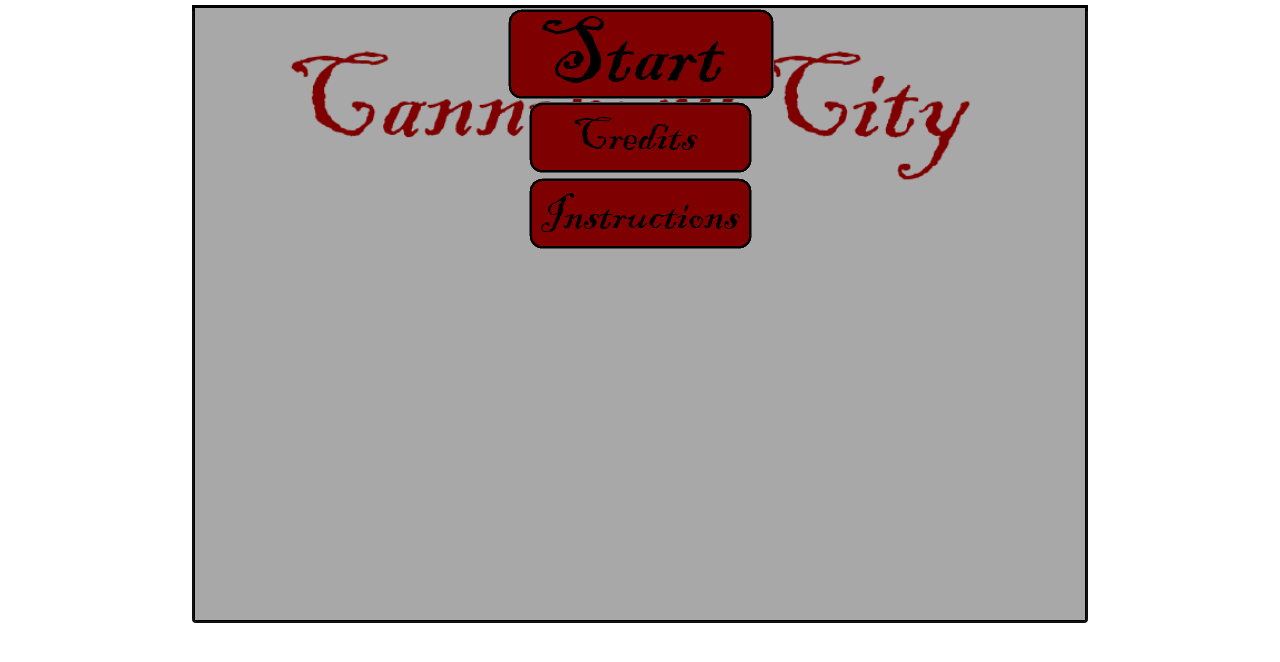
Repository: alprusa/Cannibowl-City
Page: Cannibowl-City/CannibowlCity.html
These files come from the project's save history. The page is drawn as it stood at one moment and after the next save; the edit follows.
The browser window is 1280 px wide. The pictures show the whole page.

Above is the page before, as saved 2016-06-19 03:06:50.
Console error: ReferenceError: playerIndicator is not defined

### Cannibowl-City/CannibowlCity.html
<!DOCTYPE html>
<html>
	<head>
		<meta charset="utf-8">
		<title>CannibowlCity</title>
		<link rel="stylesheet" type="text/css" href="CannibowlCity.css">
		<link rel="stylesheet" href="bootstrap/css/bootstrap.min.css">
	</head>
	<body onload="LoadContent(0)">
        <div id="container">
        	<div id="startMenu" class="img-overlay">
				<img id="menuBackdrops" src="img/StartScreen.png" class="img-responsive" style="width:100%; position: absolute;">

				<!--Start menu buttons-->
				<div id="menuButtons">
					<img src="img/StartButton.png" class="img-responsive buttonsHv img-overlay" onclick="startGame();">
					<img src="img/CreditsButton.png" class="img-responsive buttonsHv img-overlay" onclick="creditsScreen();">
					<img src="img/InstructionButton.png" class="img-responsive buttonsHv img-overlay" onclick="instructionScreen();">
				</div>

				<!--Return to menu button-->
				<img id="backButton" src="img/BackButton.png" class="img-responsive buttonsHv img-overlay hidden" style="position: absolute;" onclick="returnToMenu();">
			</div>

            <canvas id="canvas" width="800" height="550"></canvas>

            <!--for JQuery and Brine-->
            <script type="text/javascript" src="jquery-2.0.2.js"></script>
            <script type="text/javascript" src="brine.js"></script>

            <!--Avatar file-->
            <script type="text/javascript" src="Avatar.js"></script>
            <script type="text/javascript" src="wKeyAction.js"></script>
            <script type="text/javascript" src="BoxInteraction.js"></script>
            <script type="text/javascript" src="Hiding.js"></script>
            <script type="text/javascript" src="Notes.js"></script>

            <!--Game object files-->
            <script type="text/javascript" src="GameObjects.js"></script>
            <script type="text/javascript" src="Cannibals.js"></script>
            <script type="text/javascript" src="HealthHunger.js"></script>
            <script type="text/javascript" src="SoundEffects.js"></script>
            <script type="text/javascript" src="Boss.js"></script>
            <script type="text/javascript" src="Collision.js"></script>
            <script type="text/javascript" src="Text.js"></script>

            <!--Background and Screens-->
            <script type="text/javascript" src="Background.js"></script>
            <script type="text/javascript" src="GettingStarted.js"></script>
            <script type="text/javascript" src="NextLevel.js"></script>
            <script type="text/javascript" src="Camera.js"></script>
            <script type="text/javascript" src="CannibowlCity.js"></script>
        </div>
	</body>
</html>

<!--All is left to do now is make the code clean and pretty-->

### Cannibowl-City/CannibowlCity.css
#container{
    width:70%;
	margin: 0 auto;
	background-color:#FFFFFF;
	height:70%;
	position: relative;
}

#canvas{
	position: absolute;
    margin: 0 auto;
    width: 100%;
    top: 5px;
    bottom: 200px;
    border: solid black;
}

#startMenu{
	position: absolute;
	margin: 0 auto;
    width: 100%;
    height: 100%;
    z-index: 10000;
    top: 5px;
    bottom: 200px;
    border: solid black;
}

.buttonsHv{
	display: block;
    margin-left: auto;
    margin-right: auto;
}

.buttonsHv:hover{
	cursor: hand;
	border: solid black;
}

#menuButtons{
	position: absolute;
    margin: 0 auto;
    top: 50%;
    left:35%;
}

### Cannibowl-City/wKeyAction.js
//This file is for the ladder climbing of the avatar

//variables for determining if climbing ladder
var climbLadder = false, climbing = true, time = 0, center = false, lowerPlatformYPos = 600;

//Climbing or walking
function wKey(){
    var ladderColValue = avatarCollision("ladder");
    var platformColValue = avatarCollision("platform");

    if(typeof ladderColValue === "object"){
        //determine if player can climb
        if((gInput.up || gInput.down) && avatar.x >= (ladderColValue.x - 65) && avatar.x <= (ladderColValue.x + 3) && ladderColValue.collided){
            climbLadder = true;
            walk = false;
        }

        //climbing ladders
        if(gInput.up && climbLadder === true && move === true && (avatar.y >= (ladderColValue.y - 65) || avatar.y >= platformColValue.y - 65)){
            avatar.animation = "climb";
            soundEfx["AvatarWalk"].pause();
            center = true;
            walk = false;
            avatar.y -= 7;
            avatar.frameRate = -avatar.moveRate;
        }
        else if(gInput.down && climbLadder === true && ladderColValue.collided && avatar.y < 300 && avatar.y < lowerPlatformYPos && move === true){
            avatar.animation = "climb";
            soundEfx["AvatarWalk"].pause();
            center = true;
            walk = false;
            avatar.y += 7;
            avatar.frameRate = -avatar.moveRate;
            if(level1 === true && area2 === true && ladderColValue.y < platformColValue.y) {
                lowerPlatformYPos = platformColValue.y - 70;
            }
        }
        //to walk again once you've stopped climbing down
        else if((avatar.y >= 300 && climbLadder === true) || (level1 === true && area2 === true && avatar.y > lowerPlatformYPos)){
            climbLadder = false;
            walk = true;
        }
        else if(climbLadder === true)
            avatar.animation = "idleClimb";

        //to be able to walk while on a platform
        if(avatar.y <= (ladderColValue.y - 65) && avatar.y <= platformColValue.y - 65){
            climbLadder = false;
            walk = true;
            lowerPlatformYPos = 600
        }

        //make avatar center when climbing ladder
        if(center === true){
            if(ladderColValue.collided)
                avatar.x = ladderColValue.x - 20;
            else avatar.x = ladderColValue.x - 20;
            center = false;
        }

        //determine if player can walk again
        if(avatar.y >= 300){
            climbLadder = false;
            walk = true;
            lowerPlatformYPos = 600
        }

        ladderColValue.collided = false;
        if(typeof platformColValue === "object") platformColValue.collided = false;
    }
}

function wKeyQuite(){
    limbLadder = false; climbing = true; time = 0; center = false; lowerPlatformYPos = 600;
}

### Cannibowl-City/BoxInteraction.js
//This file is for results of the avatar's interactions with the box

var cannibalDeath = false, cannibalLocation = 0, areaBox = 0;

//move box
function Pushing(){
    var bcColValArray = objectCollision("box", "cannibal"); //0 = box object, 1 = cannibal object, 2 = bool for if collided
    var bpColValArray = objectCollision("box", "platform"); //0 = box object, 1 = platform object, 2 = bool for if collided
    var boxColVal = avatarCollision("box");

	//when player nears box move it
    if(typeof boxColVal === "object" && gInput.right && boxColVal.collided && boxColVal.created && hiding === false && !wallObjCollision("box", endWall)){
        soundEfx["BoxPush"].play();
        boxColVal.x += 9;
    }
    else soundEfx["BoxPush"].pause();

    //if close to edge do force push box off
    if(typeof bpColValArray[0] === "object" && typeof bpColValArray[1] === "object" && bpColValArray[0].x >= (bpColValArray[1].x + bpColValArray[1].width) - 30){
        boxColVal.x += 30;
        areaBox = boxColVal;
    }

    //make box fall when it falls off platform
    if(typeof bpColValArray[0] !== "object" && typeof bpColValArray[1] !== "object" && areaBox.y <= 300 && boxDisp === true){
        areaBox.y += 10;
        if(hiding === true && boxEnter === true){
            count = 0;
            exitObj === false;
        }
    }

    //remove box and if hit cannibal then
    if(bcColValArray[2] && typeof bcColValArray[0] === "object" && bcColValArray[0].created === true && boxDisp === true){
        areaBox.remove(this);
        areaBox.y = -10;

        cannibalLocation = bcColValArray[1].x;
        meatCreated++;

        var meatFoodVal = bcColValArray[1].indexInArray;
        if(gameObjects["meatFood"][meatFoodVal] !== undefined) {
            gameObjects["meatFood"][meatFoodVal].x = cannibalLocation;
            gameObjects["meatFood"][meatFoodVal].y = bcColValArray[1].y + 60;
            gameObjects["meatFood"][meatFoodVal].created = true;
            world.addChild(gameObjects["meatFood"][meatFoodVal]);
        }

        cannibalCollidedPlatform = false;
        soundEfx["CannibalScream"].play();
        bcColValArray[1].remove(this);
        cannibalDeath = true;
        meatPresent = true;
        boxEnter = false;
        gone = true;
        areaBox.created = false;
        bcColValArray[1].created = false;
        alive = false;
    }

    //remove box when it hits the ground
    if(areaBox.y >= 300 && pushable === true && boxDisp === true && areaBox.created === true){
        areaBox.remove(this);
        areaBox.created = false;
        pushable = false;
        alive = false;
    }

    //make it so player makes it to bottom or dies in box
    if(hiding === true && boxEnter === true && areaBox.x >= 300 && areaBox.created === false &&
       !bcColValArray[2] && boxDisp === true){
        avatar.y = 300;
        escapeBox = true;
    }
    else if(typeof bcColValArray[1] === "object" && hiding === true && bcColValArray[2] && boxDisp === true &&
        areaBox.created === false && bcColValArray[1].created === false && avatar.y < 300){
        avatar.y = 300;
        escapeBox = true;
        finished = false;
        canniCollision = true;
        healthHunger["Health"].add.width = 0;
    }
}

function boxQuit(){
    cannibalDeath = false; cannibalLocation = 0; areaBox = 0;
}

### Cannibowl-City/Hiding.js
//This file is for the feature of hiding in objects for the player

//Set up hiding in containers
var hiding = false, count = 0, boxEnter = false, trashEnter = false, exitObj = false, keepCount = false, escapeBox = false;

//Pressing e
function Hide(){
    //when player releasees E key
    if(gInput.bools["enterExit"] === false){
        if(hiding === true || keepCount === true){
            count++;
        }
        if(count >= 2){
            exitObj = true;
        }
        if(count >= 4 && keepCount === true){
            exitObj = false;
            keepCount = false;
            escapeBox = false;
            count = 0;
        }
    }

    if(gameObjects["box"] !== undefined) boxHide();
    if(gameObjects["trashcan"] !== undefined) trashcanHide();
}

function boxHide(){
    var boxColVal = avatarCollision("box");
    var pcColValArray = objectCollision("platform", "cannibal");

     //to activate hiding for player
    if(typeof boxColVal === "object" && gInput.enterExit && boxColVal.collided && boxColVal.created && exitObj === false){
        soundEfx["EnterContainer"].play();
        boxColVal.image = Textures.load("img/boxeyes.png");
        avatar.image = Textures.load("");
        move = false;
        hiding = true;
    }

    //to exit the objects
    if(typeof boxColVal === "object" && exitObj === true && gInput.enterExit && hiding === true && boxColVal.created && boxColVal.collided){
        if(escapeBox === false)
            boxColVal.image = Textures.load(boxColVal.url);
        avatar.image = Textures.load(avatar.url);
        soundEfx["EnterContainer"].play();
        move = true;
        boxEnter = false;
        keepCount = true;
        hiding = false;
    }

    if(typeof boxColVal === "object") boxColVal.collided = false;
}

function trashcanHide(){
    var trashCanColVal = avatarCollision("trashcan");

    //to activate hiding for player
    if(typeof trashCanColVal === "object" && gInput.enterExit && trashCanColVal.collided && exitObj === false){
        soundEfx["EnterContainer"].play();
        trashCanColVal.image = Textures.load("img/trashcaneyes.png");
        avatar.image = Textures.load("");
        move = false;
        hiding = true;
    }

    //else soundEfx["EnterContainer"].pause();
    //to exit the objects
    else if(typeof trashCanColVal === "object" && exitObj === true && gInput.enterExit && hiding === true && trashCanColVal.collided){
        trashCanColVal.image = Textures.load(trashCanColVal.url);
        avatar.image = Textures.load(avatar.url);
        soundEfx["EnterContainer"].play();
        move = true;
        trashEnter = false;
        keepCount = true;
        hiding = false;
    }
    //else soundEfx["EnterContainer"].pause();

    if(typeof trashCanColVal === "object" ) trashCanColVal.collided = false;
}

function hidingQuit(){
    hiding = false; count = 0; boxEnter = false; trashEnter = false; exitObj = false; keepCount = false; escapeBox = false;
}

### Cannibowl-City/Notes.js
var noteCounter = 0, preTime = 0;

var everyNote = {"note0":0, "note1":0, "note2":0, "note3":0, "note4":0, "note5":0, "note6":0};

function noteObj(imageURL, id){
    var tempSprite = new Sprite();

    tempSprite.width = 600;
    tempSprite.height = 400;
    tempSprite.x = 100;
    tempSprite.y = 50;
    tempSprite.image = Textures.load(imageURL);
    tempSprite.url = imageURL;
    tempSprite.id = id;
    tempSprite.index = 0;

    return tempSprite;
}

//create actual sprites for screens
function createNotes(){
    var noteAdded = 0;
    for(var obj in everyNote){
        everyNote[obj] = noteObj("img/" + obj + ".png", noteAdded);
        noteAdded++;
    }
}

//picking up notes
function NotePickUp(action, curTime){
    var noteObj = avatarCollision("journal");
    var noteNum = "note" + noteCounter;
    var pastNoteNum = "note" + (noteCounter - 1);

    if(typeof noteObj === "object"){
        if(noteObj.created && gInput.pickUp && noteObj.collided){
            soundEfx["NotePickUp"].play();
            preTime = curTime + 1000;
            start = false;
            noteCounter++;
            noteObj.created = false;
            notePickUp = false;
            world.addChild(everyNote[noteNum]);
            noteObj.remove(this);
        }
        //else soundEfx["NotePickUp"].pause();

        //close or put down the note
        if(noteObj.created === false && gInput.pickUp && typeof everyNote[pastNoteNum] === "object" && preTime < curTime){
            everyNote[pastNoteNum].remove(this)
            world.removeChild(everyNote[pastNoteNum]);
            start = true;
            notePickUp = false;
            pickUpToggle = 0;
        }

        if(noteCounter > everyNote.length && noteObj.created === false && gInput.pickUp){
                for(var obj in everyNote){
                    world.removeChild(everyNote[obj]);
                }
                start = true;
                notePickUp = false;
                noteCounter = 0;
        }
    }
}

function notesQuit(){
    noteCounter = 0; preTime = 0;
    everyNote = {"note0":0, "note1":0, "note2":0, "note3":0, "note4":0, "note5":0, "note6":0};
}

### Cannibowl-City/SoundEffects.js
//This file is for the creation of the sounds for the elements

//array for the sound elements
var soundEfx = {"AvatarWalk": 0, "BoxPush": 0, "CannibalAttack": 0, "CannibalWalk": 0, "Eating": 0, "EnterContainer": 0, "NotePickUp": 0, "AvatarScream": 0, "CannibalScream": 0, "BossLaugh": 0};

function gameSounds(audio, name, volume){
    var tempAudio = new SoundManager();

    tempAudio.muted = false;
    tempAudio = Sounds.load(audio);
    tempAudio.audioFile = audio;
    tempAudio.name = name;
    tempAudio.volume = volume;
    tempAudio.pause();
    tempAudio.loop = false;
    tempAudio.index = 0;

    return tempAudio;
}

//audio for in game actions
function SoundEffects(){
    for(var sound in soundEfx){
        soundEfx[sound] = gameSounds("audio/" + sound + ".mp3", sound, 0.7);

        if(sound === "AvatarWalk") soundEfx[sound].volume = 0.4;
        if(sound === "CannibalWalk") soundEfx[sound].volume = 0.1;
    }
}

function soundRefresh(){
    soundEfx = {"AvatarWalk": 0, "BoxPush": 0, "CannibalAttack": 0, "CannibalWalk": 0, "Eating": 0, "EnterContainer": 0, "NotePickUp": 0, "AvatarScream": 0, "CannibalScream": 0, "BossLaugh": 0};
}

### Cannibowl-City/Boss.js
var canniLeader;
var theEnd = true, theEnd2 = true;

//set up the boss
function Boss(){
	canniLeader = new Sprite();
    canniLeader.width = 115;
    canniLeader.height = 127;
    canniLeader.x = 504;
    canniLeader.y = 300;
    canniLeader.id = "boss";
    canniLeader.index = 1;
    world.addChild(canniLeader);
    canniLeader.image = Textures.load("img/bossset.png");
    canniLeader.frameWidth = 115;
	canniLeader.frameHeight = 126;
	canniLeader.frameCount = 6;
	canniLeader.frameRate = 6;
	canniLeader.moveRate = 6;
	canniLeader.addAnimations(["left","right"], [3,3]);
	canniLeader.addAnimation("idleL", (2,1));
	canniLeader.addAnimation("idleR", (3,1));
 }

//make what the boss can do
function BossActions(){
	//move
	if(!collisionWall(canniLeader, backWall) && theEnd === true){
		soundEfx["CannibalWalk"].play();
		canniLeader.animation = "left";
		canniLeader.frameRate = canniLeader.moveRate;
		canniLeader.x -= 5;
	}
	else if(!collisionWall(canniLeader, endWall) && theEnd === false){
		canniLeader.x += 5;
		soundEfx["CannibalWalk"].play();
		canniLeader.animation = "right";
		canniLeader.frameRate = -canniLeader.moveRate;
	}
	else soundEfx["CannibalWalk"].pause();
	//boss defeated
	if(collisionBoss() && hiding !== true){
		healthHunger["Health"].width = 0;
	}
	//hit the wall
	if(collisionWall(canniLeader, backWall)){
			theEnd = false;
	}
	else if(collisionWall(canniLeader, endWall)){
			theEnd = true;
	}
}

function bossQuit(){
    canniLeader = 0;
    theEnd = true; theEnd2 = true;
}

### Cannibowl-City/Background.js
//This file is for creating the primary audio and background
var mainSong, menuSong, deathSong, bossSong;

//set up background image
function Background(){
	background = new Sprite();
	if(level0 === true || bossFight === true)
    	background.width = 1600;
    else if(level1 === true) background.width = 3200;
    else if(level2 === true) background.width = 4000;
    background.height = 550;
    background.x = 0;
    background.y = 0;
    background.id = "background";
    background.index = 2;
    world.addChild(background);
    background.image = Textures.load("img/background.png");
}

//"prototype" for making the hidden walls that are used to detect if objects reach end of screen
function hiddenWalls(x, y, id){
    var tempSprite = new Sprite();
    var imageURL = "img/AreaWall.png";

    tempSprite.x = x;
    tempSprite.y = y;
    tempSprite.width = 20;
    tempSprite.height = 550;
    tempSprite.id = id;
    tempSprite.index = 0;
    tempSprite.image = Textures.load(imageURL);
    tempSprite.url = imageURL;

    return tempSprite;
}

//wall to detect when player reaches end of visual area
function createWalls(){
    endWall = hiddenWalls(800, 0, "endWall");
    backWall = hiddenWalls(-20, 0, "backWall");

    world.addChild(endWall);
    world.addChild(backWall);
}

//"prototype" for creating the music elements for the game
function songObject(audio, volume, id){
    var tempMusic = new SoundManager();

    tempMusic.muted = false;
    tempMusic = Sounds.load(audio);
    tempMusic.audio = audio;
    tempMusic.volume = volume;
    tempMusic.id = id;
    tempMusic.play();
    tempMusic.loop = true;

    return tempMusic;
}

//create the song and play it
function createSong(songName){
    switch(songName){
        case "mainSong":
            mainSong = songObject("audio/HorrorMusic_Main.mp3", 0.5, songName);
            break;
        case "menuSong":
            menuSong = songObject("audio/TemptingFate_Credits.mp3", 0.5, songName);
            break;
        case "deathSong":
            deathSong = songObject("audio/Quiet_Death.mp3", 0.5, songName);
            break;
        case "bossSong":
            bossSong = songObject("audio/SuspenseAction_Boss.mp3", 0.5, songName);
            break;
    }
}

//mute all music when quit/fail/victory happen
function muteMusic(){
    if(mainSong !== undefined) mainSong.muted = true;
    if(menuSong !== undefined) menuSong.muted = true;
    if(deathSong !== undefined) deathSong.muted = true;
    if(bossSong !== undefined) bossSong.muted = true;
}

### Cannibowl-City/GettingStarted.js
//This file is to impliment the clickable menu screen and other pop-up windows

//variables for the game screens and info
var note, goBack = false, StarSc = true, stopClicks = 0;

var nonGamePlayScreens = {"Instruction": 0, "Credits": 0, "StartScreen": 0, "GameOver": 0, "Victory": 0};

function gameScreens(imageURL, id){
    var tempSprite = new Sprite();

    tempSprite.width = 800;
    tempSprite.height = 550;
    tempSprite.x = 0;
    tempSprite.y = 0;
    tempSprite.image = Textures.load(imageURL);
    tempSprite.url = imageURL;
    tempSprite.id = id;
    tempSprite.index = 0;

    return tempSprite;
}

//create actual sprites for screens
function createScreens(obj){
    nonGamePlayScreens[obj] = gameScreens("img/" + obj + ".png");
    world.addChild(nonGamePlayScreens[obj]);
}

//to remove the game screens
function RemoveScreens(){
	for(var obj in nonGamePlayScreens){
        world.removeChild(nonGamePlayScreens[obj]);
	}
}

function startGame(){
	RemoveScreens();
	stopClicks = 1;
	start = true;
	$("#startMenu").addClass("hidden");
}

function creditsScreen(){
	goBack = true;
	StarSc = false;
	stopClicks = 1;
	$("#menuButtons").addClass("hidden");
	$("#backButton").removeClass("hidden");
	$("#menuBackdrops").attr('src', 'img/Credits.png');
}

function instructionScreen(){
	goBack = true;
	StarSc = false;
	stopClicks = 1;
	$("#menuButtons").addClass("hidden");
	$("#backButton").removeClass("hidden");
	$("#menuBackdrops").attr('src', 'img/Instruction.png');
}

function returnToMenu(){
	goBack = false;
	stopClicks = 0;
	$("#menuButtons").removeClass("hidden");
	$("#backButton").addClass("hidden");
	$("#menuBackdrops").attr('src', 'img/StartScreen.png');
}

function gettingStartedRefresh(){
    note = 0; goBack = false; StarSc = true; stopClicks = 0;
    nonGamePlayScreens = {"Instruction": 0, "Credits": 0, "StartScreen": 0, "GameOver": 0, "Victory": 0};
}

Loaded but not shown: Cannibowl-City/bootstrap/css/bootstrap.min.css (library); Cannibowl-City/jquery-2.0.2.js (library); Cannibowl-City/brine.js (3923 lines, source omitted); Cannibowl-City/GameObjects.js (228 lines, source omitted); Cannibowl-City/Cannibals.js (211 lines, source omitted); Cannibowl-City/Avatar.js (156 lines, source omitted); Cannibowl-City/CannibowlCity.js (183 lines, source omitted); Cannibowl-City/Camera.js (141 lines, source omitted); Cannibowl-City/Collision.js (91 lines, source omitted); Cannibowl-City/HealthHunger.js (no copy from this time; the picture is the same without it); Cannibowl-City/NextLevel.js (no copy from this time; the picture is the same without it); Cannibowl-City/Text.js (no copy from this time; the picture is the same without it)

After the next save:
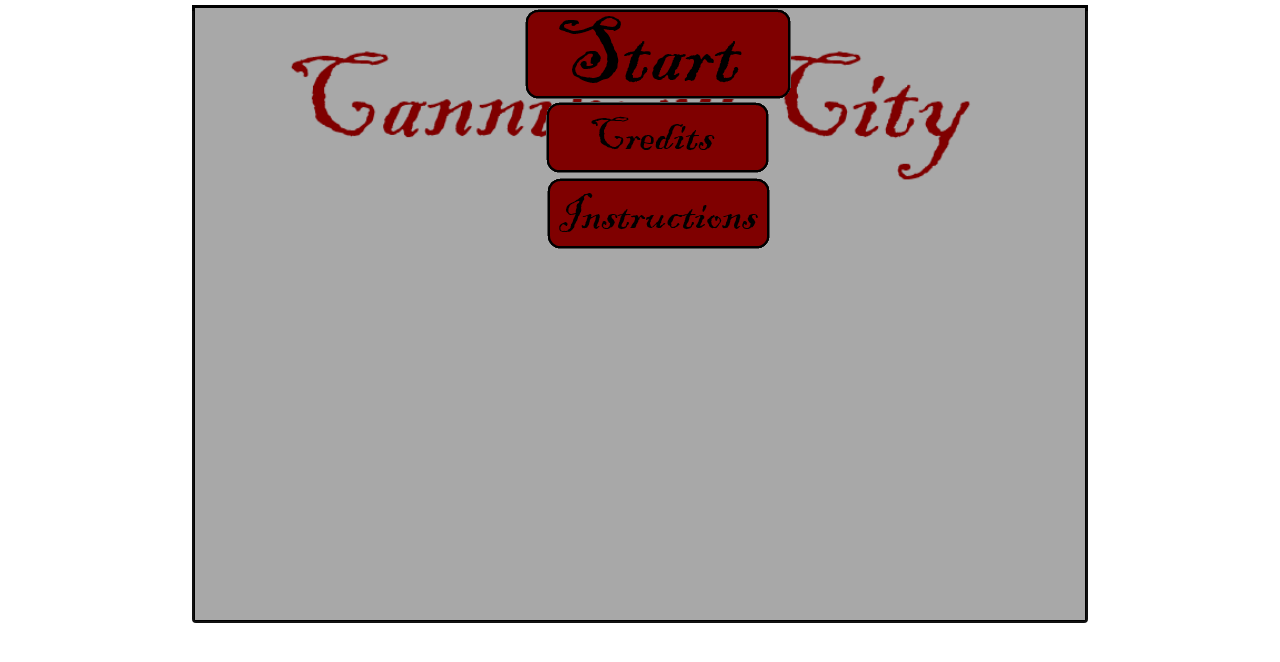
Saved 8 s later.
--- a/Cannibowl-City/CannibowlCity.css
+++ b/Cannibowl-City/CannibowlCity.css
@@ -41,5 +41,5 @@
 	position: absolute;
     margin: 0 auto;
     top: 50%;
-    left:35%;
+    left:37%;
 }
